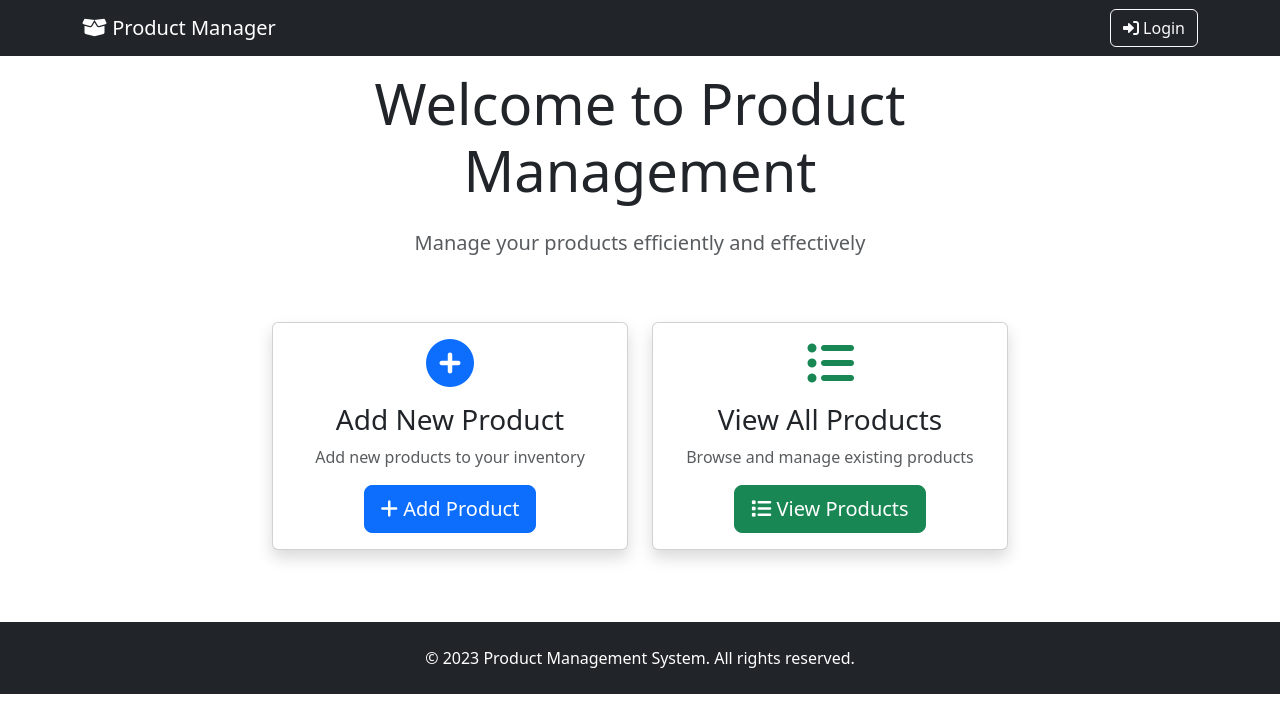
Repository: patramanik/java_ORM_Hibernate
Page: http://localhost/HD20/
The author's editor kept a copy of each file at every save. The page is drawn from the files as they stood at one save, then again after the next save.
The browser window is 1280 px wide. The pictures show the whole page.
The page is served by Tomcat 10.

Above is the page before, as saved 2025-04-16 16:45:53.

After the next save:
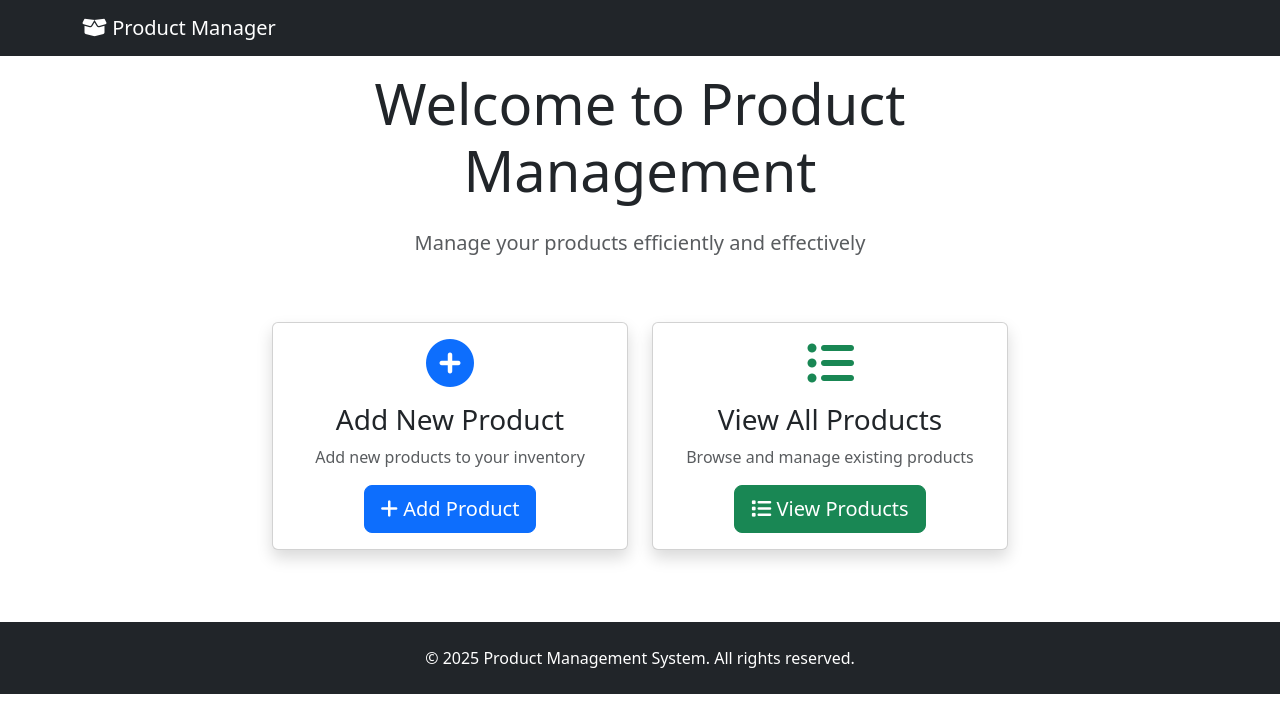
Saved 2 min 3 s later.
--- a/HD20/src/main/webapp/index.jsp
+++ b/HD20/src/main/webapp/index.jsp
@@ -26,7 +26,7 @@
             <a class="navbar-brand" href="#">
                 <i class="fas fa-box-open"></i> Product Manager
             </a>
-            <div class="collapse navbar-collapse justify-content-end" id="navbarNav">
+            <!-- div class="collapse navbar-collapse justify-content-end" id="navbarNav">
                 <ul class="navbar-nav">
                     <li class="nav-item">
                         <a href="signin.jsp" class="btn btn-outline-light">
@@ -34,7 +34,7 @@
                         </a>
                     </li>
                 </ul>
-            </div>
+            </div> -->
         </div>
     </nav>
 
@@ -78,7 +78,7 @@
     <!-- Footer -->
     <footer class="bg-dark text-white mt-5">
         <div class="container py-4 text-center">
-            <p class="mb-0">&copy; 2023 Product Management System. All rights reserved.</p>
+            <p class="mb-0">&copy; 2025 Product Management System. All rights reserved.</p>
         </div>
     </footer>
 
